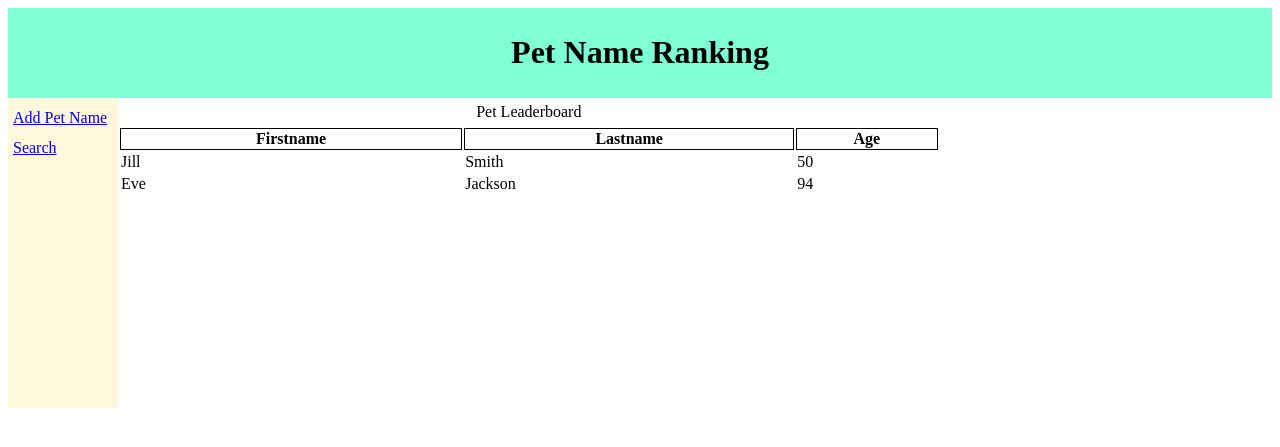
Repository: mutterbucket/TriplettTermProject4830
Page: workspaceCSCI4830-tech-excercise-Triplett/techExcerciseTriplett/WebContent/leaderboard.html
The author's editor kept a copy of each file at every save. The page is drawn from the files as they stood at one save, then again after the next save.
The browser window is 1280 px wide. The pictures show the whole page.

Above is the page before, as saved 2020-02-21 23:16:13.

After the next save:
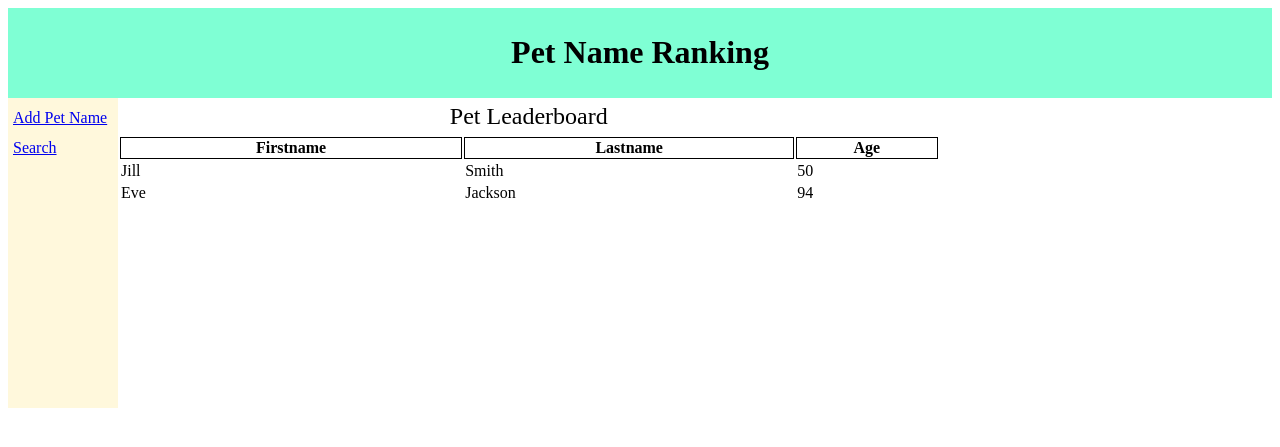
Saved 18 s later.
--- a/workspaceCSCI4830-tech-excercise-Triplett/techExcerciseTriplett/WebContent/leaderboard.html
+++ b/workspaceCSCI4830-tech-excercise-Triplett/techExcerciseTriplett/WebContent/leaderboard.html
@@ -34,7 +34,7 @@ th {
 }
 caption {
   padding: 5px;
-  font-size: 16px;
+  font-size: 24px;
 }
 table#t01 tr:nth-child(even) {
   background-color: #grey;
